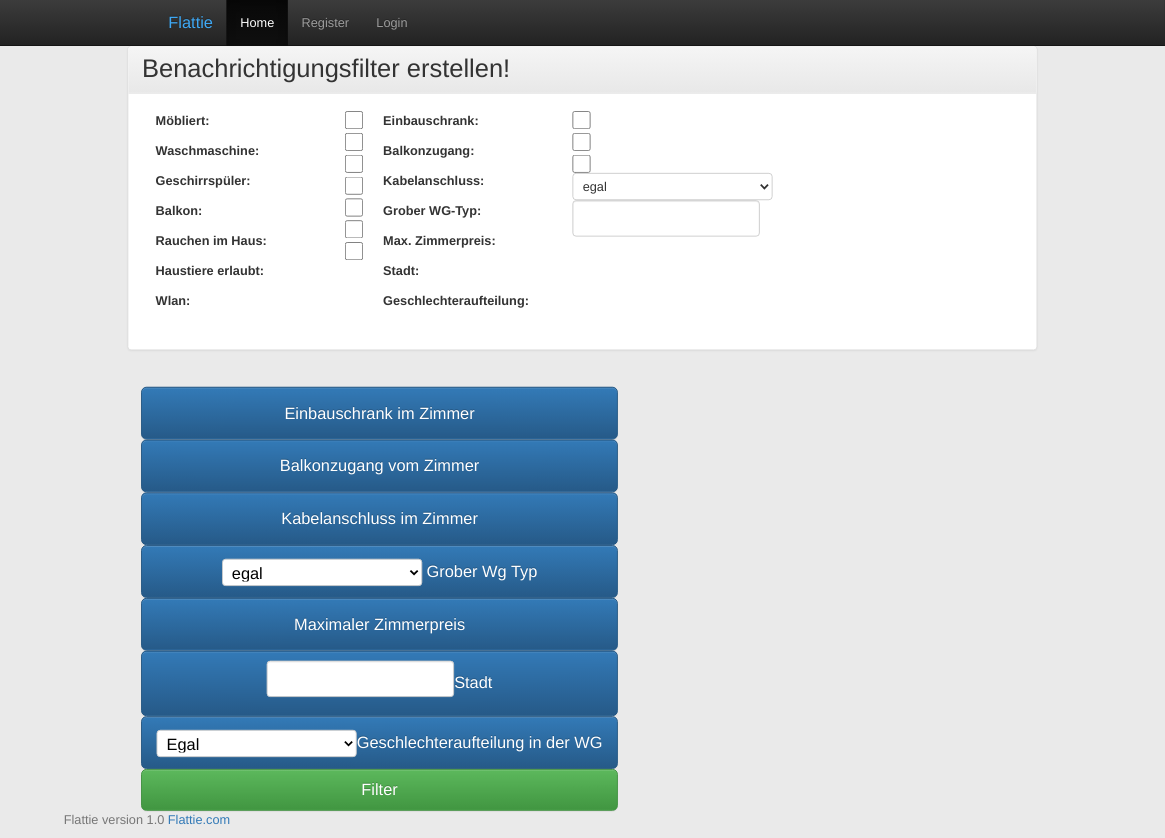
Repository: ese-unibe-ch/ese2014-team2
Page: http://localhost/Skeleton/pages/createCustomFilter.jsp
The author's editor kept a copy of each file at every save. The page is drawn from the files as they stood at one save, then again after the next save.
The browser window is 1280 px wide. The pictures show the whole page, at 91% of full size.
Some web libraries are served in a nearby version. The page is served by Tomcat 9. Nobody is signed in. The application's start-up code is not run. Other server files are loaded and not shown. The template is opened directly, without the code that normally fills it, so the values that code supplies are empty.

Above is the page before, as saved 2014-11-26 12:41:44.
Console error (its wording comes from the project's code and is left out).

### Skeleton/src/main/webapp/pages/createCustomFilter.jsp
<%@ page language="java" pageEncoding="UTF-8" contentType="text/html;charset=utf-8" %>
<%@ taglib prefix="c" uri="http://java.sun.com/jsp/jstl/core" %>
<%@ taglib prefix="form" uri="http://www.springframework.org/tags/form" %>
<%@ taglib prefix="spring" uri="http://www.springframework.org/tags" %>


<c:import url="template/header.jsp" />

<style>
		label {
				line-height:200% !important;
				}
	</style>

<div class="main">
	<div class="col-sm-16">
    	<div class="panel panel-default">
        	<div class="panel-heading">
            	<h3 class="panel-title">Benachrichtigungsfilter erstellen!</h3>
            </div>
            <div class="panel-body">


              <form:form method="post" modelAttribute="filterForm" action="saveCustomFilter"
		id="filterForm" cssClass="form-horizontal" autocomplete="off"
		enctype="multipart/form-data">
		<fieldset>


		<div class="col-md-5">
			<label>Möbliert:</label><br>
			<label>Waschmaschine:</label><br>
			<label>Geschirrspüler:</label><br>
			<label>Balkon:</label><br>
			<label>Rauchen im Haus:</label><br>
			<label>Haustiere erlaubt:</label><br>
			<label>Wlan:</label><br>
		</div>

		<div class="col-md-1">
			<form:checkbox path="furnished" id="field-furnished" cssClass="checkboxbig"/>
			<form:checkbox	path="hasLaundry" id="field-Laundry" cssClass="checkboxbig"/>
			<form:checkbox	path="hasDishwasher" id="field-Dishwasher" cssClass="checkboxbig"/>
			<form:checkbox path="hasBalcony" id="field-hasBalcony" cssClass="checkboxbig"/>
			<form:checkbox	path="smokingInside" id="field-smokingInside" cssClass="checkboxbig"/>
			<form:checkbox	path="hasPets" id="field-pets" cssClass="checkboxbig" />
			<form:checkbox	path="wlan" id="field-wlan" cssClass="checkboxbig" />
		</div>

		<div class="col-md-5">
			<label>Einbauschrank:</label><br>
			<label>Balkonzugang:</label><br>
			<label>Kabelanschluss:</label><br>
			<label>Grober WG-Typ:</label><br>
			<label>Max. Zimmerpreis:</label><br>
			<label>Stadt:</label><br>
			<label>Geschlechteraufteilung:</label><br>
		</div>

		<div class="col-md-1">
			<form:checkbox path="hasBuiltInCloset" id="field-hasBuiltInCloset" cssClass="checkboxbig" />
			<form:checkbox	path="toBalcony" id="field-isToBalcony" cssClass="checkboxbig"/>
			<form:checkbox	path="hasCables" id="field-hasCables" cssClass="checkboxbig"/>
			<form:select path="wgType" id="field-wgType">
				<option value="undef">egal</option>
				<option value="wild">eher wild</option>
				<option value="calm">eher ruhig</option>
			</form:select>
			<form:input path="roomPrice" id="field-roomPrice" maxlength="6" />
		</div>




				    </div><!-- /input-group -->
				  </div><!-- /.col-lg-6 -->
				  <div class="col-lg-5">
				    <div class="input-group">
				      		<h3><label class="btn btn-primary btn-lg btn-block" >Einbauschrank im Zimmer</label></h3>
				      		<h3><label class="btn btn-primary btn-lg btn-block" >Balkonzugang vom Zimmer</label></h3>
				      		<h3><label class="btn btn-primary btn-lg btn-block" >Kabelanschluss im Zimmer</label></h3>
				      		<h3><label class="btn btn-primary btn-lg btn-block" >
				      		<font color="000000"> <form:select path="wgType" id="field-wgType">
								<option value="undef">egal</option>
								<option value="wild">eher wild</option>
								<option value="calm">eher ruhig</option>


							</form:select> </font> Grober Wg Typ</label></h3>
				<h3><label class="btn btn-primary btn-lg btn-block" ><font color="000000"></font> Maximaler Zimmerpreis</label></h3>
				      		<h3><label class="btn btn-primary btn-lg btn-block" ><font color="000000"><form:input path="city" id="field-city" maxlength="15" /></font>Stadt</label></h3>
				      		<h3><label class="btn btn-primary btn-lg btn-block" ><font color="000000"><form:select path="wgGender" id="field-wgGender"
								tabindex="13">
								<option value="dontcare"> Egal</option>
								<option value="female">Reine Frauenwg</option>
								<option value="male">Reine Männerwg</option>


							</form:select></font>Geschlechteraufteilung in der WG</label></h3>

				      			<button type="submit" class="btn btn-success btn-lg btn-block">Filter</button>
				    </div><!-- /input-group -->
				  </div><!-- /.col-lg-6 -->
				</div><!-- /.row -->





		</fieldset>
		</form:form>

            </div>
          </div>


</div>


</div>


<c:import url="template/footer.jsp" />

### Skeleton/src/main/webapp/pages/template/header.jsp
<!DOCTYPE html>
<html lang="en">
<http use-expressions="true">



    	<meta charset="UTF-8">

    	<title>About Princesses and Castles</title>

    	<link rel="stylesheet" type="text/css" href="css/stylesheet.css" media="all"/>
    	<link rel="stylesheet" type="text/css" href="css/bootstrap.min.css" media="screen" />
    	<script type="text/javascript"  src="dn.com/bootstrap/3.2.0/js/bootstrap.min.js"></script>
    	<script type="text/javascript" src="http://code.jquery.com/jquery-2.1.1.min.js"></script>
		<script src="http://ajax.googleapis.com/ajax/libs/jquery/1.4.2/jquery.min.js?ver=1.4.2"></script>
    	<script src="js/login.js"></script>
    	<link rel="stylesheet" href="https://maxcdn.bootstrapcdn.com/bootstrap/3.3.0/css/bootstrap.min.css">
<link rel="stylesheet" href="https://maxcdn.bootstrapcdn.com/bootstrap/3.3.0/css/bootstrap-theme.min.css">

    	<!-- HTML5 shim, for IE6-8 support of HTML5 elements -->
    	<!--[if lt IE 9]>
    	<script src="http://html5shim.googlecode.com/svn/trunk/html5.js"></script>
    	<![endif]-->
<!--   WASTE!
    	<style>
        	body {
         	   padding-top: 60px; /* 60px to make the container go all the way to the bottom of the topbar */
        	}
    	</style>
    -->



</head>
<body>
<%@ page language="java" pageEncoding="UTF-8" contentType="text/html;charset=utf-8" %>
<%@ taglib prefix="c" uri="http://java.sun.com/jsp/jstl/core" %>
<%@ taglib prefix="form" uri="http://www.springframework.org/tags/form" %>
<%@ taglib prefix="spring" uri="http://www.springframework.org/tags" %>
<%@ taglib prefix="security" uri="http://www.springframework.org/security/tags" %>

   	  <link href="http://ajax.googleapis.com/ajax/libs/jqueryui/1.8/themes/ui-lightness/jquery-ui.css" rel="stylesheet" type="text/css"/>
      <script src="http://ajax.googleapis.com/ajax/libs/jquery/1.5/jquery.min.js"></script>
      <script src="http://ajax.googleapis.com/ajax/libs/jqueryui/1.8/jquery-ui.min.js"></script>

      <script>
      $(document).ready(function() {
        $("#datepicker").datepicker();
      });
      </script>

       <script>
      $(document).ready(function() {
        $("#datepicker2").datepicker();
      });
      </script>

<security:authorize access="isAnonymous()">
    <!-- Fixed navbar -->
    <nav class="navbar navbar-inverse navbar-fixed-top" role="navigation">
      <div class="container">
        <div class="navbar-header">
          <button type="button" class="navbar-toggle collapsed" data-toggle="collapse" data-target="#navbar" aria-expanded="false" aria-controls="navbar">
            <span class="sr-only">Toggle navigation</span>
            <span class="icon-bar"></span>
            <span class="icon-bar"></span>
            <span class="icon-bar"></span>
          </button>
          <a class="navbar-brand" href="/Skeleton" color="#3fa9f5">Flattie</a>
        </div>
        <div id="navbar" class="navbar-collapse collapse">
          <ul class="nav navbar-nav">
            <li class="active"><a href="/Skeleton">Home</a></li>
            <li><a href="register">Register</a></li>
            <li><a href="#" id="loginButton"><span>Login</span><em></em></a>
                <div style="clear:both"></div>
                <div id="loginBox">
                    <form id="loginForm" name="loginForm" action="<c:url value='j_spring_security_check' />" method="POST">
                        <fieldset id="body">
                            <fieldset>
                                <label for="email">Email Address</label>
                                <input type="text" name="j_username" id="email" placeholder="Email" />
                            </fieldset>
                            <fieldset>
                                <label for="password">Password</label>
                                <input type="password" name="j_password" id="password" placeholder="Password" />
                            </fieldset>
                            <input type="submit" id="login" value="Sign in" />
                            <label for="checkbox"><input type="checkbox" id="checkbox" />Remember me</label>
                        </fieldset>
                        <span><a href="#">Forgot your password?</a></span>
                    </form>
                </div></li>
          </ul>
        </div><!--/.nav-collapse -->
      </div>
    </nav>
</security:authorize>

<security:authorize access="isAuthenticated()">
	    <!-- Fixed navbar -->
    <nav class="navbar navbar-inverse navbar-fixed-top" role="navigation">
      <div class="container">
        <div class="navbar-header">
          <button type="button" class="navbar-toggle collapsed" data-toggle="collapse" data-target="#navbar" aria-expanded="false" aria-controls="navbar">
            <span class="sr-only">Toggle navigation</span>
            <span class="icon-bar"></span>
            <span class="icon-bar"></span>
            <span class="icon-bar"></span>
          </button>
          <a class="navbar-brand" href="/Skeleton">Flattie</a>
        </div>
        <div id="navbar" class="navbar-collapse collapse">
          <ul class="nav navbar-nav">
            <li><a href="myprofile">Profil</a></li>
            <li><a href="myinbox">Inbox</a></li>
            <li><a href="myads">Ads</a></li>
            <li><a href="bookmarks">Favoriten</a></li>
            <li><a href="logout">Logout</a></li>
          </ul>
        </div><!--/.nav-collapse -->
      </div>
    </nav>
</security:authorize>

<div id="push_header"></div>



<div id="container_background">
	<div class="container">

Loaded but not shown: Skeleton/src/main/webapp/pages/template/footer.jsp (common file); Skeleton/src/main/webapp/css/bootstrap.min.css (library); Skeleton/src/main/webapp/js/bootstrap.min.js (library); Skeleton/src/main/webapp/js/login.js (common file); Skeleton/src/main/webapp/css/stylesheet.css (2278 lines, source omitted)

After the next save:
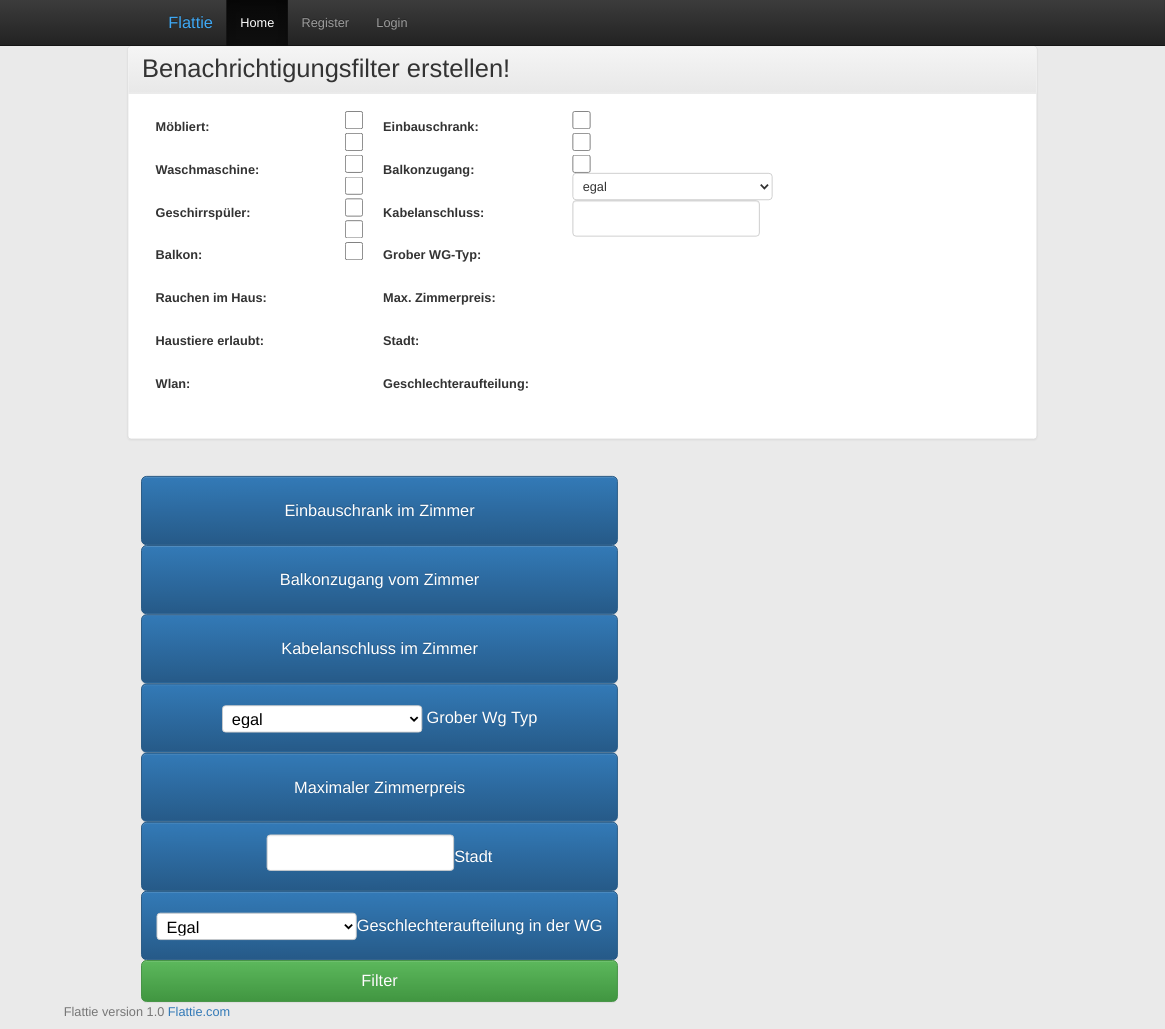
Saved 30 s later.
--- a/Skeleton/src/main/webapp/pages/createCustomFilter.jsp
+++ b/Skeleton/src/main/webapp/pages/createCustomFilter.jsp
@@ -8,7 +8,7 @@
 
 <style>
 		label {
-				line-height:200% !important;
+				line-height:300% !important;
 				}
 	</style>
 
